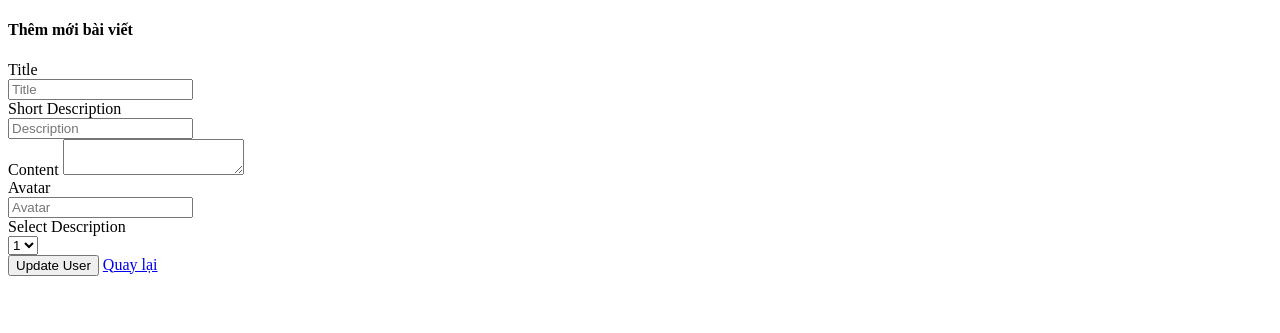
Repository: Hai1820/News
Page: http://localhost/Servlet-Basic/views/admin/news/list-edit.jsp
An editor plug-in stored every save of this project. The page is shown before and after the next save, followed by the edit.
The browser window is 1280 px wide. The pictures show the whole page.
The page is served by Tomcat 9. Nobody is signed in. The application's start-up code is not run.

Above is the page before, as saved 2021-07-15 03:09:45.

After the next save:
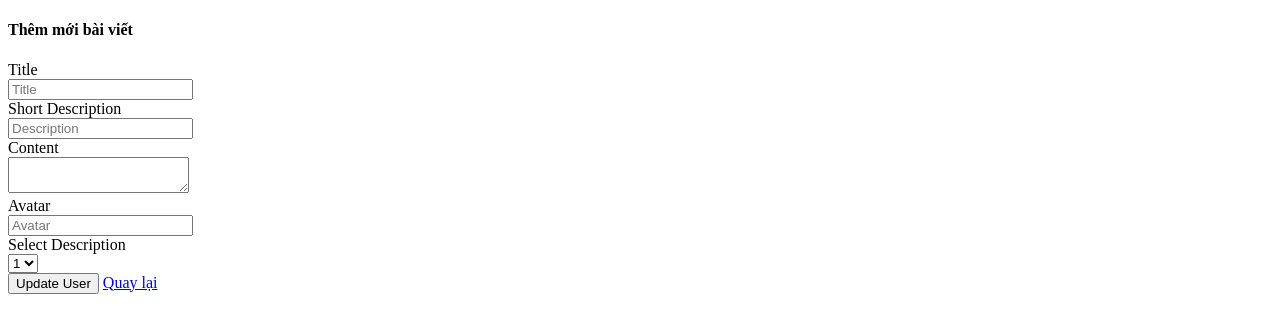
Saved 13 s later.
--- a/Servlet-Basic/src/main/webapp/views/admin/news/list-edit.jsp
+++ b/Servlet-Basic/src/main/webapp/views/admin/news/list-edit.jsp
@@ -38,7 +38,9 @@
 					</div>
 					<div class="input-group">
 						<label class="col-md-12">Content</label>
-						<textarea class="form-control" aria-label="With textarea"></textarea>
+						<div class="col-md-12">
+							<textarea class="form-control" aria-label="With textarea"></textarea>
+						</div>
 					</div>
 					<div class="form-group">
 						<label class="col-md-12">Avatar</label>
